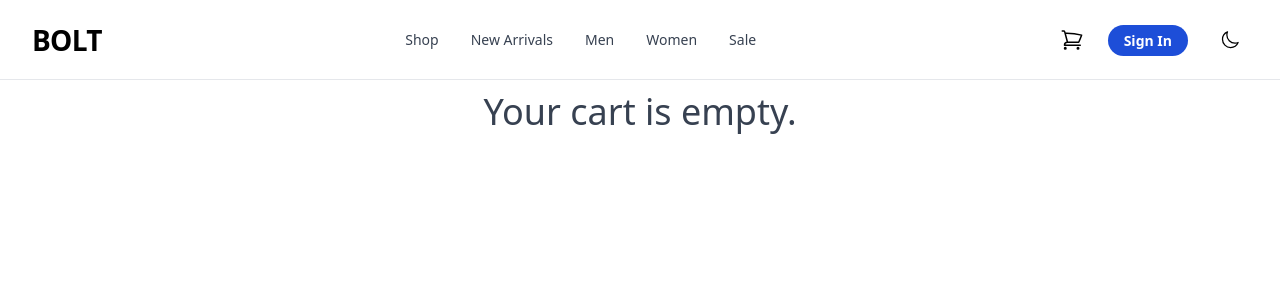
Repository: coder101-js/Ecommer-Store
Page: /Cart
These files come from the project's save history. The page is drawn as it stood at one moment and after the next save; the edit follows.
The browser window is 1280 px wide. The pictures show the whole page.
The project was rebuilt for these pictures with package versions that can differ from the ones it lists, and the page was loaded fresh each time. The framework's server and built-in components were replaced by stand-ins that run in the browser. Also part of the build but not shown: next.config.mjs.

Above is the page before, as saved 2025-07-19 20:29:10.

After the next save:
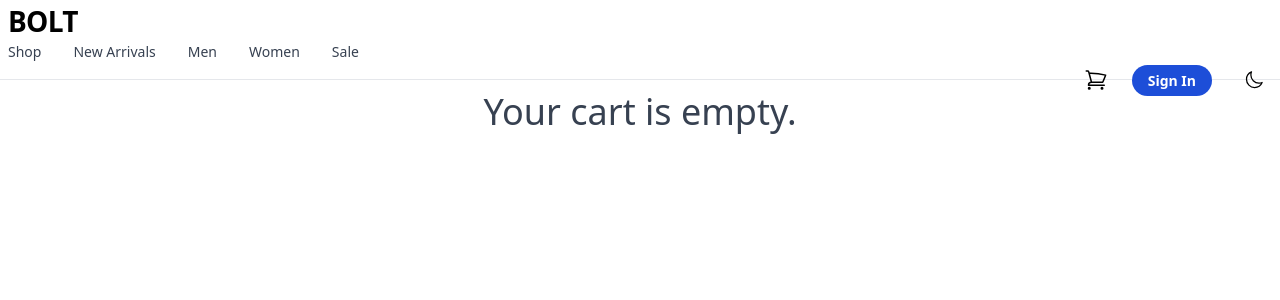
Saved 17 s later.
--- a/app/components/Navbar.jsx
+++ b/app/components/Navbar.jsx
@@ -57,7 +57,7 @@ export default function Navbar() {
         style={{ height }}
         className="fixed top-0 left-0 w-full z-50 bg-white dark:bg-black border-b border-gray-200 dark:border-neutral-800 backdrop-blur transition-colors mb-4"
       >
-        <div className="max-w-7xl mx-auto px-4 sm:px-6 lg:px-8 flex justify-between items-center h-full">
+        <div className="max-w-7xl mx-auto px-2 sm:px-4 lg:px-6">
           {/* Logo */}
           <motion.div
             style={{ fontSize }}
